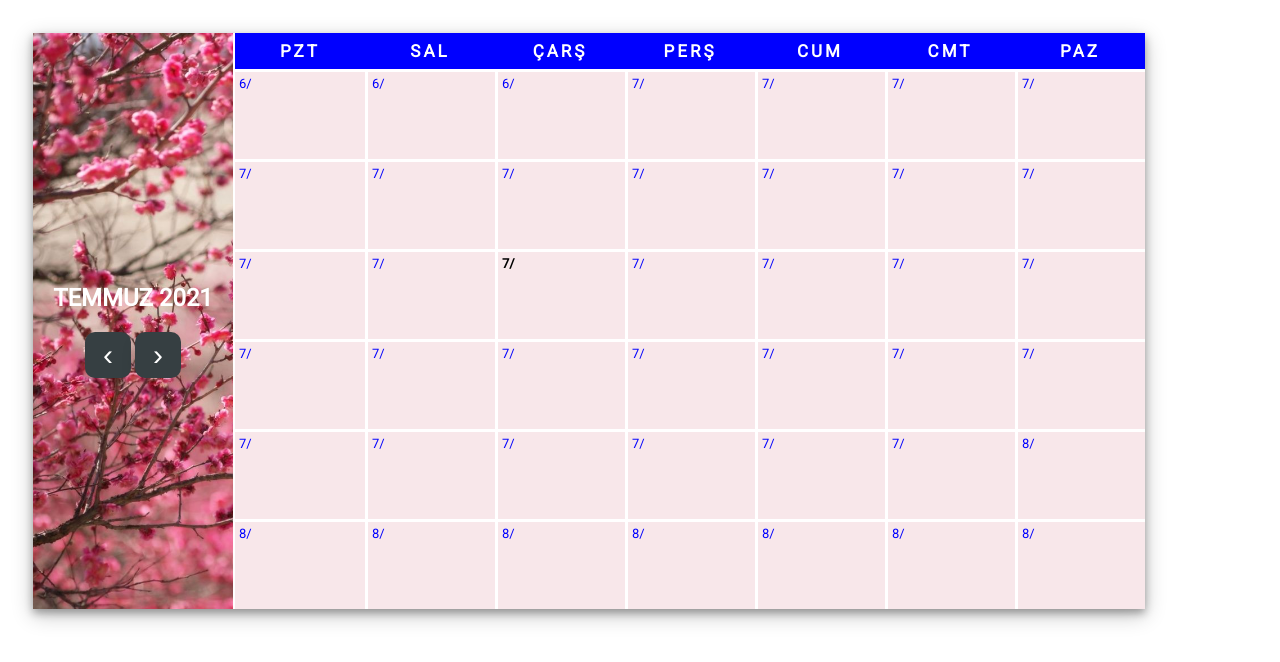
Repository: ahmetbugraozcan/javascript-calendar
Page: tablo.html
These files come from the project's save history. The page is drawn as it stood at one moment and after the next save; the edit follows.
The browser window is 1280 px wide. The pictures show the whole page.

Above is the page before, as saved 2021-07-14 11:49:17.

After the next save:
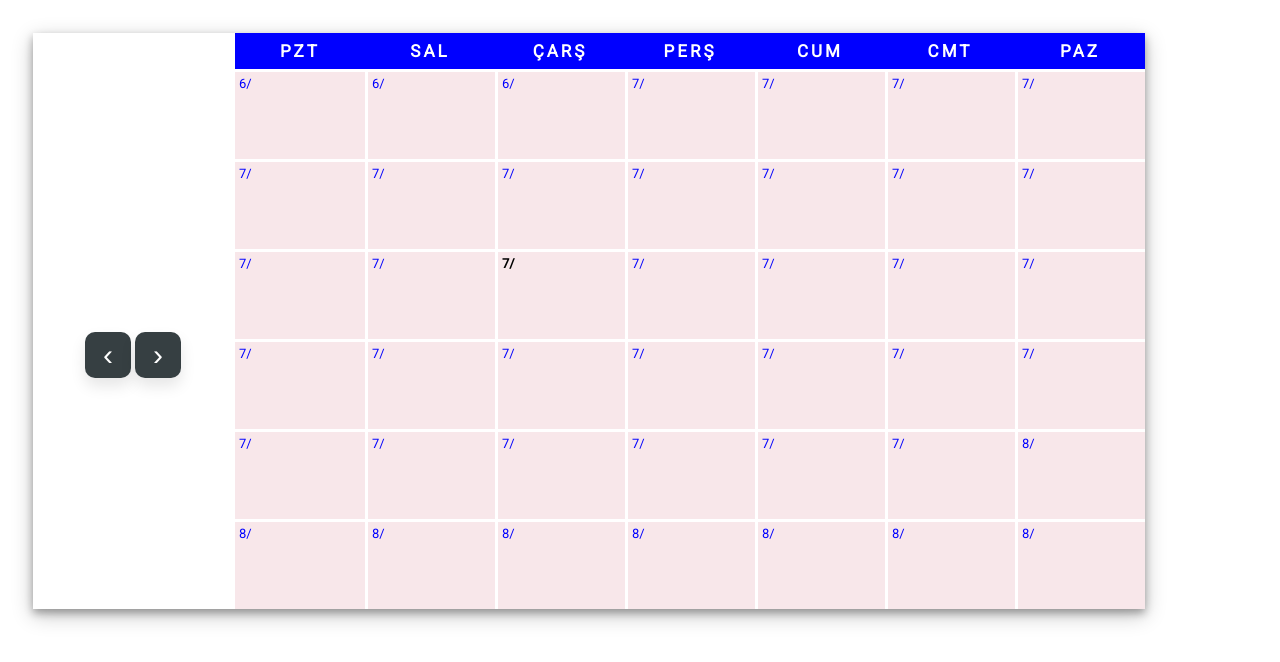
Saved 12 s later.
--- a/tablo.html
+++ b/tablo.html
@@ -137,7 +137,7 @@
 
     .calendar-header {
         /*default*/
-        background-image: url('/images/ilkbahar.jpg');
+        /* background-image: url('/images/ilkbahar.jpg'); */
         color: rgb(255, 255, 255);
         background-size: cover;
         margin-right: 2px;
